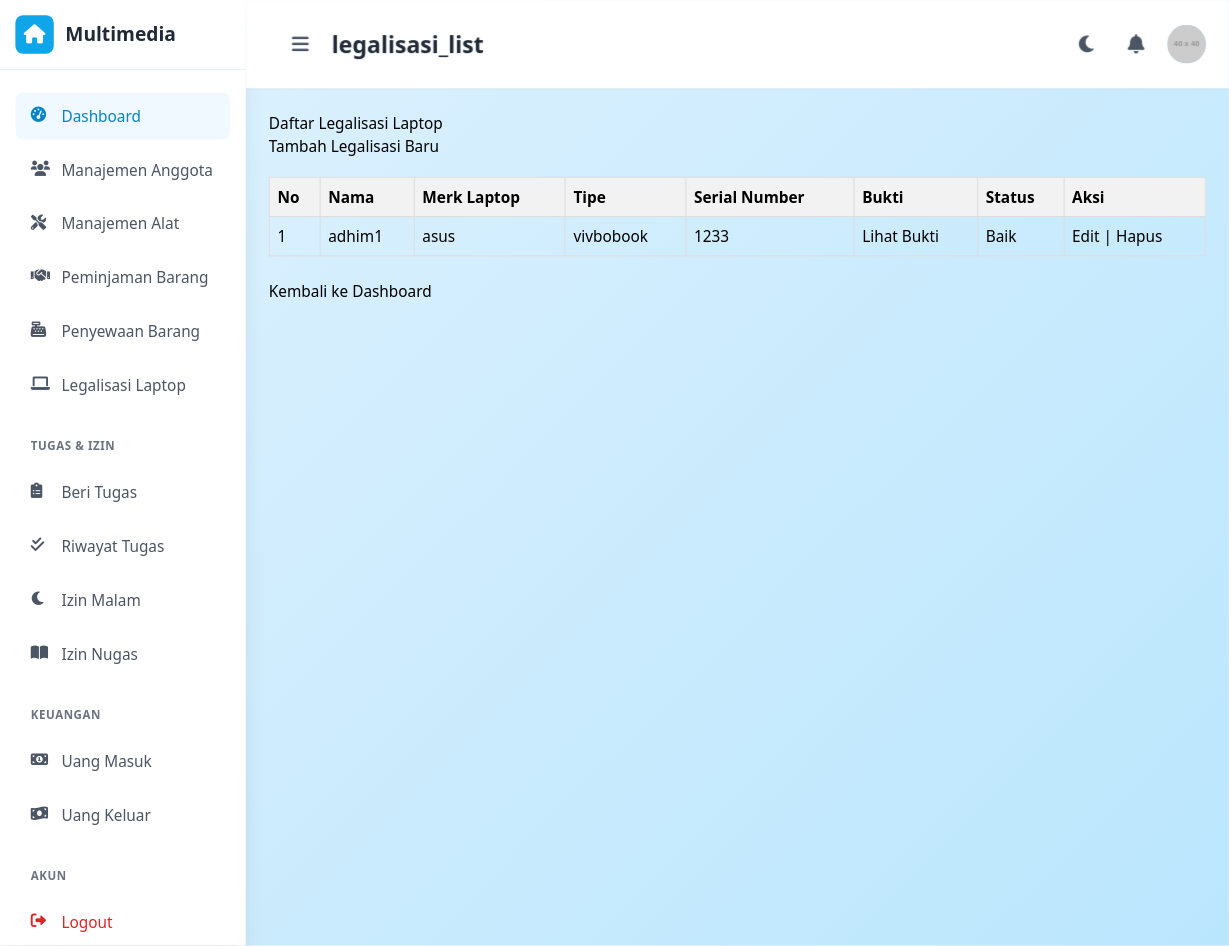
Repository: fatkquladhim/multimedia_app
Page: http://localhost/admin/legalisasi laptop/legalisasi_list.php
The author's editor kept a copy of each file at every save. The page is drawn from the files as they stood at one save, then again after the next save.
The browser window is 1280 px wide. The pictures show the whole page, at 96% of full size.
Some web libraries are served in a nearby version. The page is run by PHP 8.4 with error messages shown; the project is at /var/www/html/. The session is filled in as if someone had signed in: {"user_id": 2, "username": "asep", "role": "admin"}. The database holds what the project's SQL file puts in it.

Above is the page before, as saved 2025-07-18 23:14:04.

After the next save:
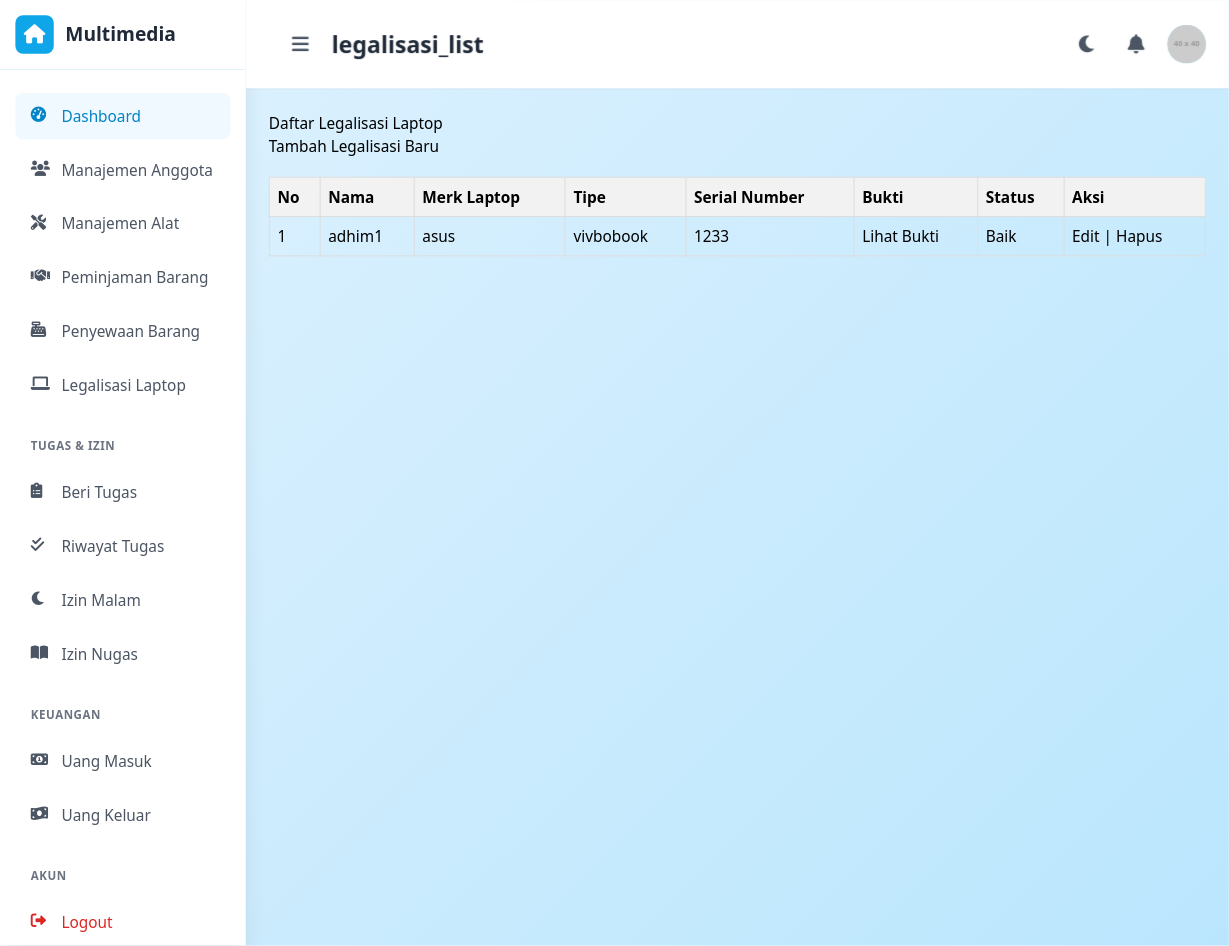
Console error: TypeError: Cannot read properties of null (reading 'value')
Saved 12 s later.
--- a/admin/legalisasi laptop/legalisasi_list.php
+++ b/admin/legalisasi laptop/legalisasi_list.php
@@ -71,9 +71,8 @@ include '../header.php'; // Path relatif dari 'anggota/'
         </tbody>
     </table>
 
-    <br>
-    <a href="../dashboard.php">Kembali ke Dashboard</a>
-</body>
-</html>
-
-<?php $conn->close(); ?>
+ <?php
+// Sertakan footer
+include '../footer.php'; // Path relatif dari 'anggota/' ke 'includes/'
+$conn->close();
+?>
